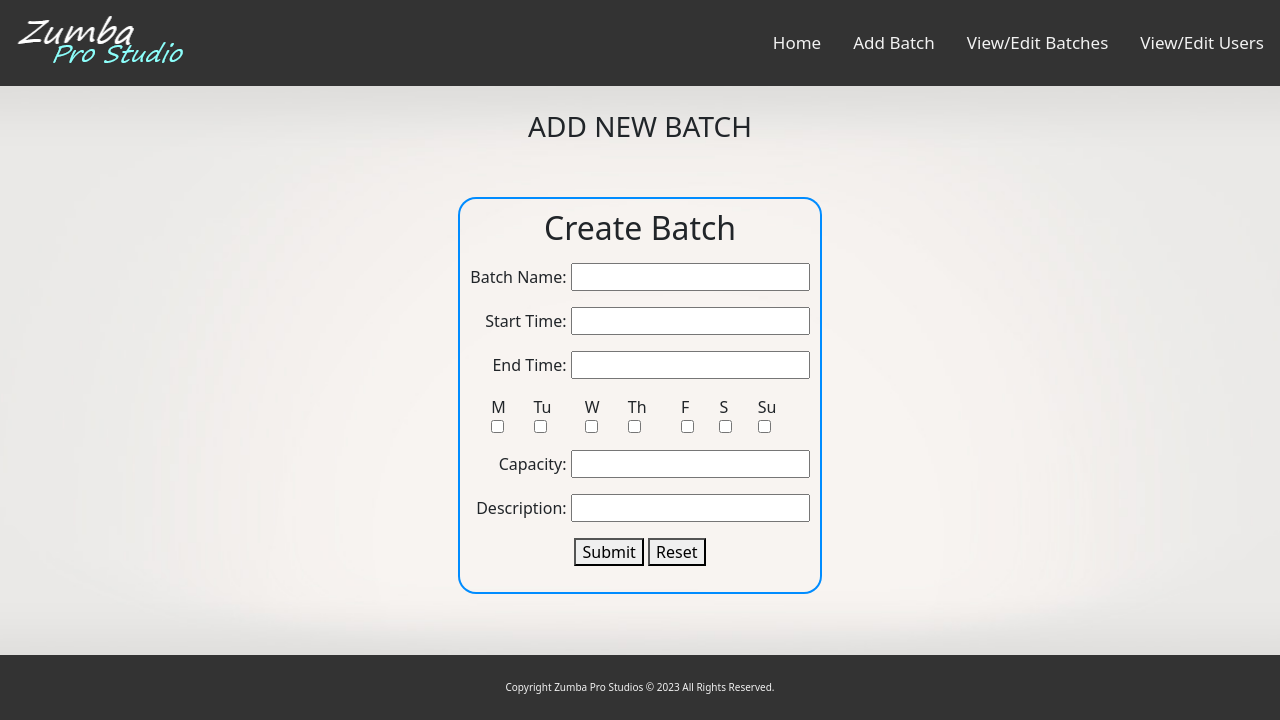
Repository: basemsamuel/Zumba
Page: http://localhost/ZumbaProStudio/addbatch.jsp
An editor plug-in stored every save of this project. The page is shown before and after the next save, followed by the edit.
The browser window is 1280 px wide. The pictures show the whole page.
The page is served by Tomcat 10.

Above is the page before, as saved 2023-07-30 23:31:52.

After the next save:
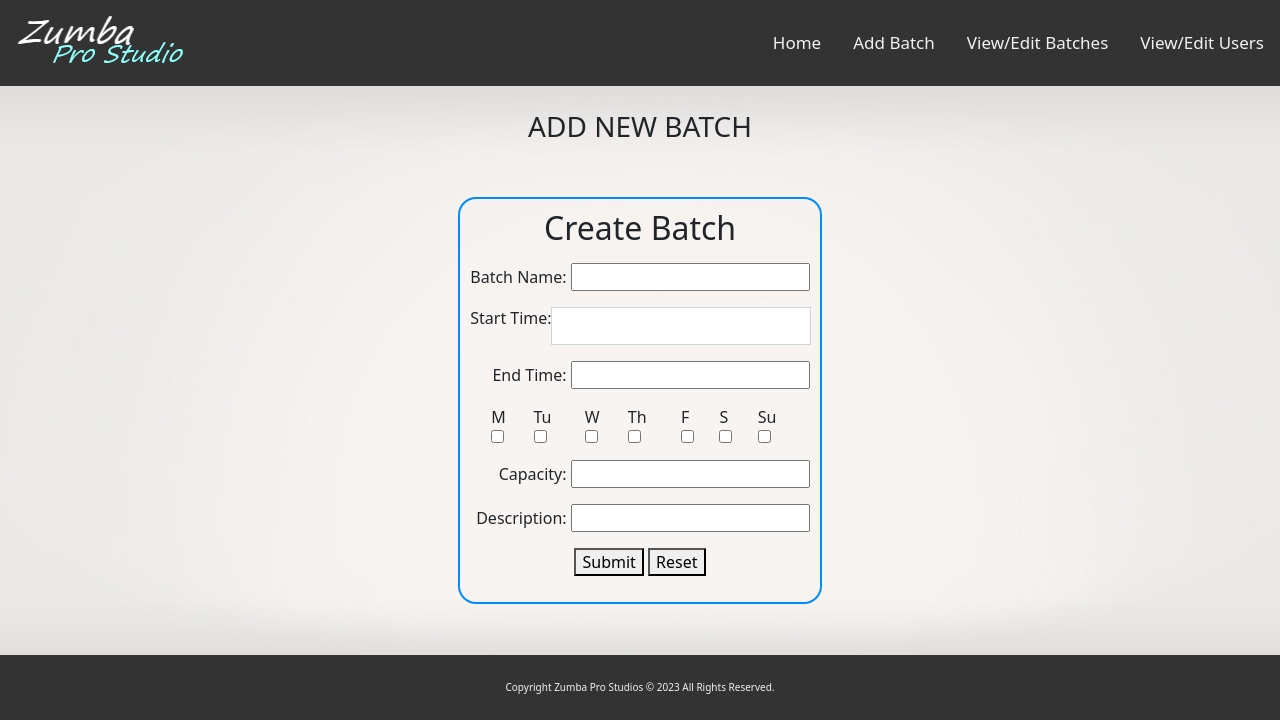
Saved 2 min 43 s later.
--- a/ZumbaProStudio/src/main/webapp/addbatch.jsp
+++ b/ZumbaProStudio/src/main/webapp/addbatch.jsp
@@ -23,11 +23,11 @@
 						        </p>
 						    </div>
 
-						    <div>
+						    <div class='form-group'>
 						        <p>
-							        <div class='right'>
+							        <div class='right input-group date'>
 							            <label for="stime">Start Time:</label>
-							            <input class="datepicker" data-date-format="mm/dd/yyyy" id="stime" name="stime">
+							            <input type='text' class="form-control" id="stime" name="stime"><span class="input-group-addon"><span class="glyphicon glyphicon-calendar"></span>
 							        </div>
 						        </p>
 						    </div>
